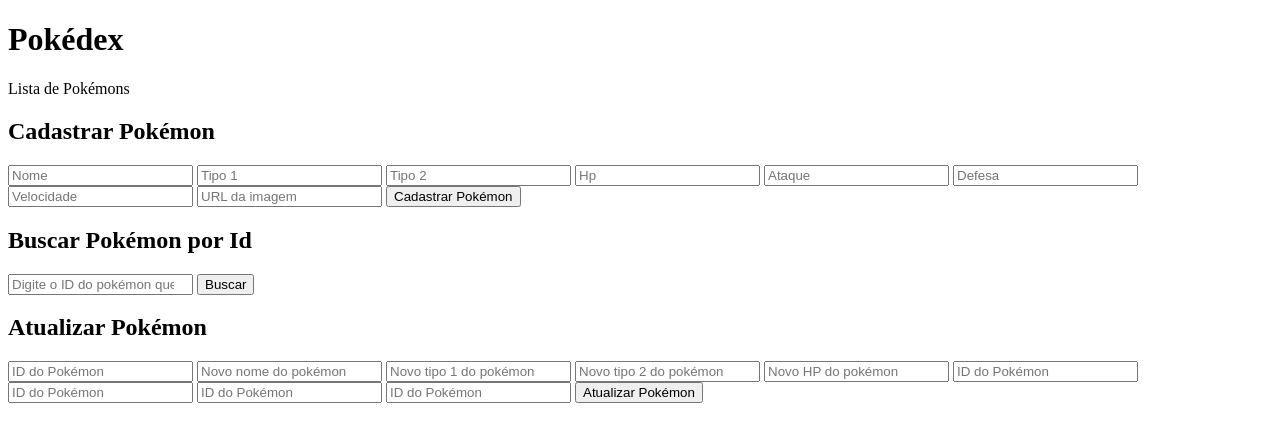
Repository: arthurSchgg/pokedex
Page: front-end/index.html
These files come from the project's save history. The page is drawn as it stood at one moment and after a run of saves; the edit follows.
The browser window is 1280 px wide. The pictures show the whole page.
The page's requests for data from a server got no answer.

Above is the page before, as saved 2026-10-01 16:11:53.

After the next 2 saves:
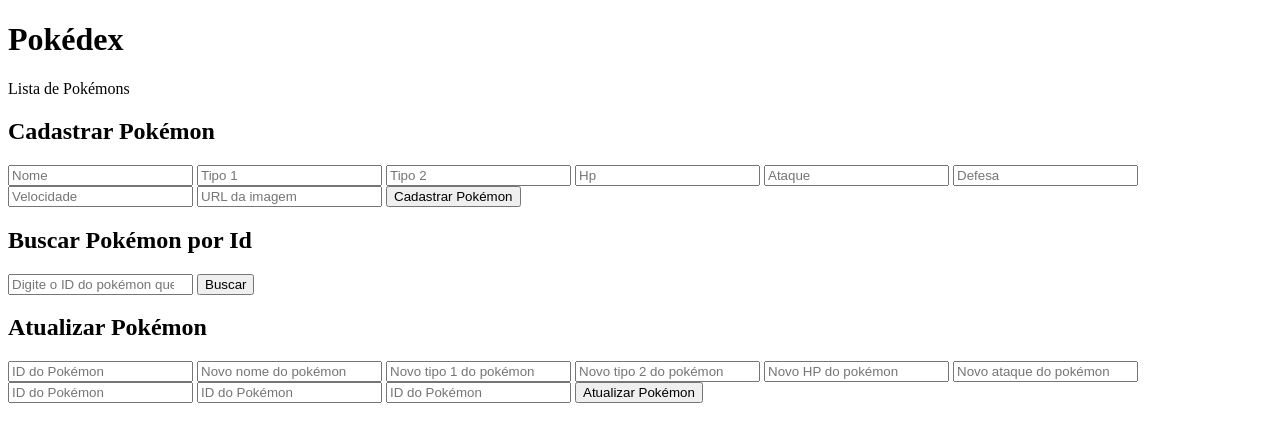
The 2 saves are shown as one change because they came seconds apart.
The last was saved 9 s later.
--- a/front-end/index.html
+++ b/front-end/index.html
@@ -95,7 +95,7 @@
             <input
                 type="number"
                 id="update-ataque"
-                placeholder="ID do Pokémon"
+                placeholder="Novo ataque do pokémon"
                 required
             >
 
